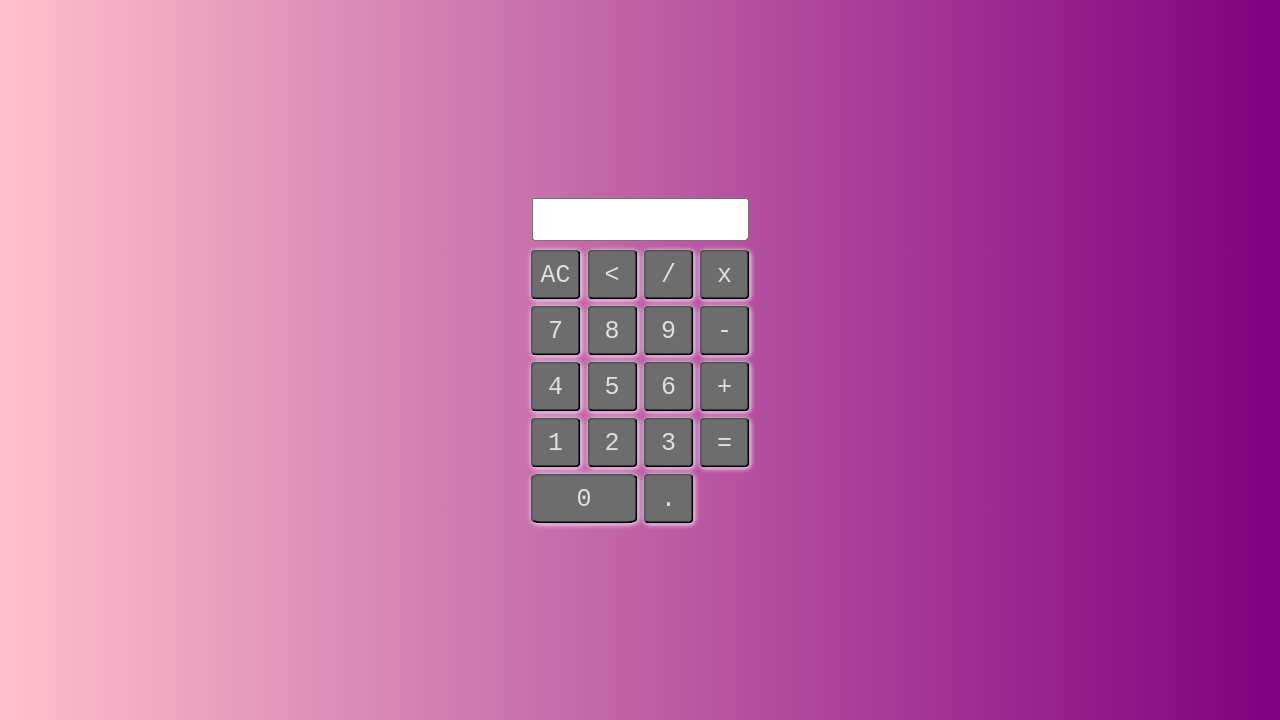
Repository: lacey-crenshaw/calculator
Page: index.html
The author's editor kept a copy of each file at every save. The page is drawn from the files as they stood at one save, then again after the next save.
The browser window is 1280 px wide. The pictures show the whole page.
Some web fonts or font styles are not loaded; a fallback is used.

Above is the page before, as saved 2020-02-14 10:14:45.

### index.html
<html>

<head>
    <link href="https://fonts.googleapis.com/css?family=Cutive+Mono&display=swap" rel="stylesheet">
    <link rel="stylesheet" href="style.css">
    <script>
        function insert(num) {
            document.form.textview.value = document.form.textview.value + num
        }

        function equal() {
            let exp = document.form.textview.value;
            if (exp) {
                document.form.textview.value = eval(exp)
            }
        }

        function ac() {
            document.form.textview.value = "";
        }

        function back() {
            let exp = document.form.textview.value;
            document.form.textview.value = exp.substring(0, exp.length - 1);
        }
    </script>
</head>

<body>
    <div class="bg"></div>
    <div class="main">
        <form name="form">
            <input class="textview" name="textview">
        </form>
        <table>
            <tr>
                <td><input class="button" type="button" value="AC" onclick="ac()"> </td>
                <td><input class="button" type="button" value="<" onclick="back()"> </td>
                <td><input class="button" type="button" value="/" onclick="insert('/')"> </td>
                <td><input class="button" type="button" value="x" onclick="insert('*')"> </td>
            </tr>
            <tr>
                <td><input class="button" type="button" value="7" onclick="insert(7)"></td>
                <td><input class="button" type="button" value="8" onclick="insert(8)"> </td>
                <td><input class="button" type="button" value="9" onclick="insert(9)"> </td>
                <td><input class="button" type="button" value="-" onclick="insert('-')"> </td>
            </tr>
            <tr>
                <td><input class="button" type="button" value="4" onclick="insert(4)"> </td>
                <td><input class="button" type="button" value="5" onclick="insert(5)"> </td>
                <td><input class="button" type="button" value="6" onclick="insert(6)"> </td>
                <td><input class="button" type="button" value="+" onclick="insert('+')"> </td>
            </tr>
            <tr>
                <td><input class="button" type="button" value="1" onclick="insert(1)"> </td>
                <td><input class="button" type="button" value="2" onclick="insert(2)"> </td>
                <td><input class="button" type="button" value="3" onclick="insert(3)"> </td>
                <td><input class="button" type="button" value="=" onclick="equal()"></td>
            </tr>
            <tr>
                <td colspan="2"><input class="button" id="zero" type="button" value="0" onclick="insert(0)">
                </td>
                <td><input class="button" type="button" value="." onclick="insert('.')"> </td>
            </tr>
        </table>
    </div>
</body>

</html>

### style.css
*{
    margin:0;
    padding:0;
}

.button {
    width: 50;
    height: 50;
    font-size: 25;
    margin: 2;
    cursor: pointer;
    background:  #6d6d6d;
    color: #dfdfe0;
    box-shadow: 1px 1px 5px aliceblue;
    font-family: 'Cutive Mono', monospace;
    border-radius: 10%;

}

.textview {
    width: 217;
    margin: 5;
    font-size: 25;
    padding: 5;
    color: #6d6d6d;;
    font-family: 'Cutive Mono', monospace;

}

.main {
    position: absolute;
    top: 50%;
    left: 50%;
    transform: translateX(-50%) translateY(-50%);
}

.bg {
    background: linear-gradient(to right, pink, purple);
    height: 100%;
}

#zero {
    width: 107;
}

After the next save:
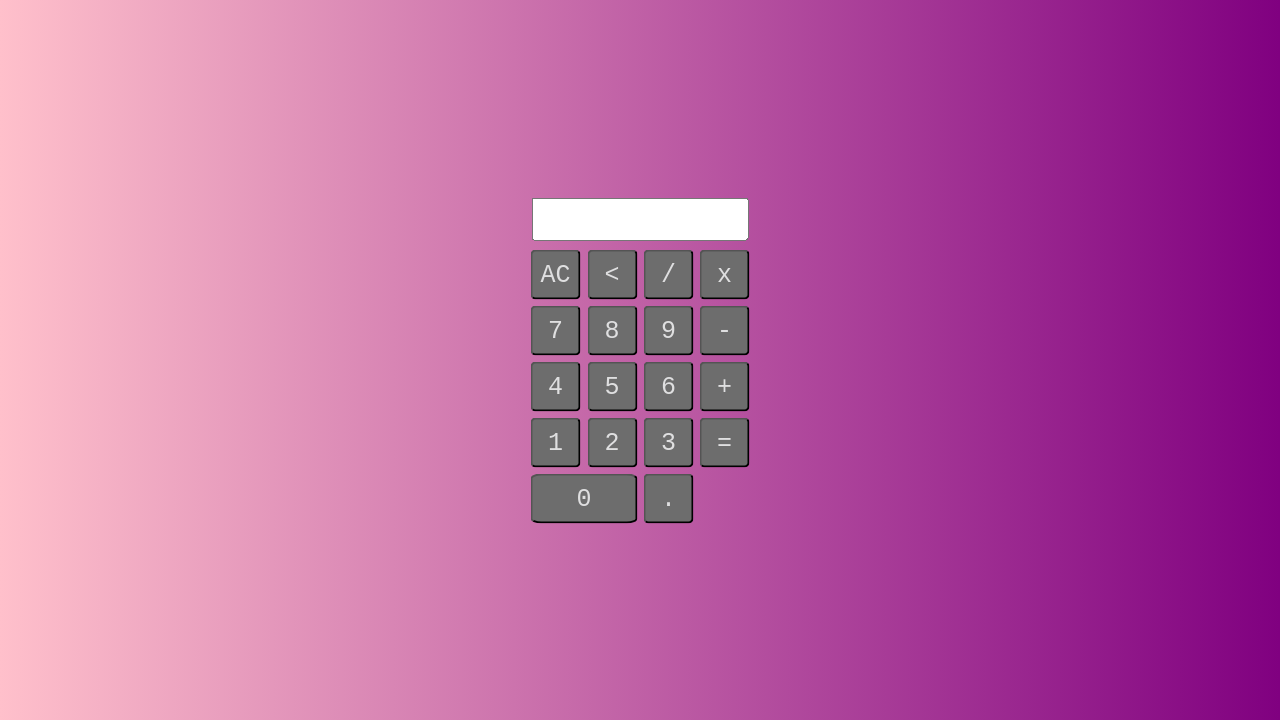
Saved 13 s later.
--- a/style.css
+++ b/style.css
@@ -11,7 +11,6 @@
     cursor: pointer;
     background:  #6d6d6d;
     color: #dfdfe0;
-    box-shadow: 1px 1px 5px aliceblue;
     font-family: 'Cutive Mono', monospace;
     border-radius: 10%;
 
